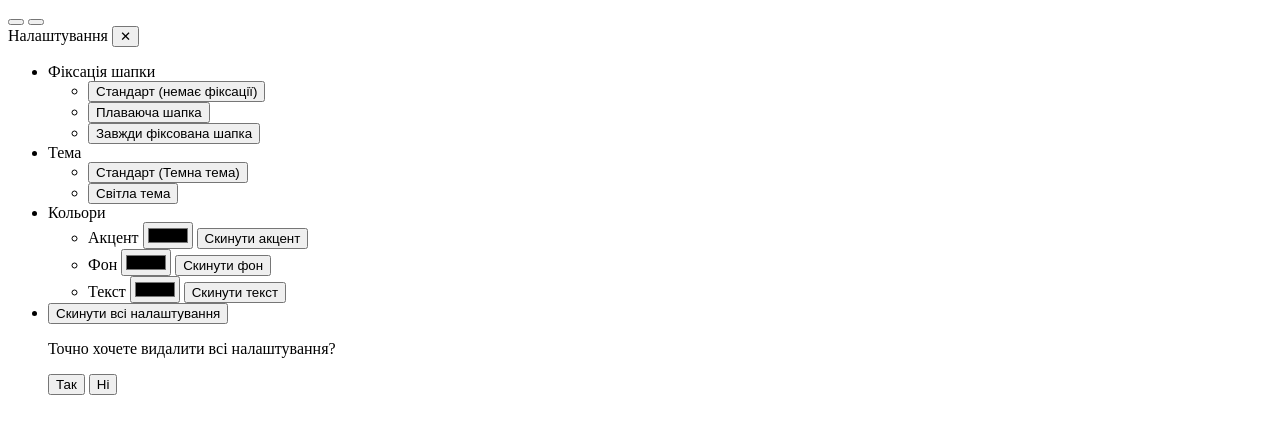
Repository: BogdanLazebnika/bogdanelo
Page: components/options.html
The author's editor kept a copy of each file at every save. The page is drawn from the files as they stood at one save, then again after the next save.
The browser window is 1280 px wide. The pictures show the whole page.

Above is the page before, as saved 2025-08-05 15:13:20.

### components/options.html
<div class="button-open-options-container">
  <div class="button-open-options-container-content">


    <div class="button-options-container">

        <div class="vertical-line-options"></div>


        <button class="button-open-options-button">
            <div id="button-open-options-button-icon"></div>
        </button>

        <button class="button-hide-button-options-icon">
            <div id="button-hide-button-options-icon"></div>
        </button>
    </div>

    <div id="draggable-options" class="button-open-options-list hidden">
        <div class="settings-panel-header">
            <span>Налаштування</span>
            <button onclick="closeSettingsPanel()">✕</button>
        </div>
      <ul class="button-open-options-list-list-one-level">

        <!-- FixedHeader -->
        <li class="button-open-options-list-item">
          <span>Фіксація шапки</span>
          <ul class="button-open-options-list-list-two-level">
            <li><button onclick="updateUserSetting('fixedHeader', undefined)">Стандарт (немає фіксації)</button></li>
            <li><button onclick="updateUserSetting('fixedHeader', true)">Плаваюча шапка</button></li>
            <li><button onclick="updateUserSetting('fixedHeader', 'always')">Завжди фіксована шапка</button></li>
          </ul>
        </li>

        <!-- Theme -->
        <li class="button-open-options-list-item">
          <span>Тема</span>
          <ul class="button-open-options-list-list-two-level">
            <li><button onclick="updateUserSetting('theme', undefined)">Стандарт (Темна тема)</button></li>
            <li><button onclick="updateUserSetting('theme', 'light')">Світла тема</button></li>
          </ul>
        </li>

        <!-- Accent Color -->
        <li class="button-open-options-list-item">
          <span>Кольори</span>
          <ul>
  <li>
    <span>Акцент</span>
    <input type="color" id="accentColorPicker">
    <button id="accentColorResetBtn">Скинути акцент</button>
  </li>
  <li>
    <span>Фон</span>
    <input type="color" id="backgroundColorPicker">
    <button id="backgroundColorResetBtn">Скинути фон</button>
  </li>
  <li>
    <span>Текст</span>
    <input type="color" id="textColorPicker">
    <button id="textColorResetBtn">Скинути текст</button>
  </li>
</ul>


        </li>
        <li class="button-open-options-list-item">
          <button id="resetAllSettingsBtn">Скинути всі налаштування</button>

          <!-- Модалка підтвердження -->
          <div id="confirmResetModal" class="modal-clear-options hidden">
            <div class="modal-content-clear-options">
              <p>Точно хочете видалити всі налаштування?</p>
              <div class="modal-buttons-clear-options">
                <button id="confirmResetYes">Так</button>
                <button id="confirmResetNo">Ні</button>
              </div>
            </div>
          </div>
        </li>
      </ul>
    </div>
  </div>
</div>

After the next save:
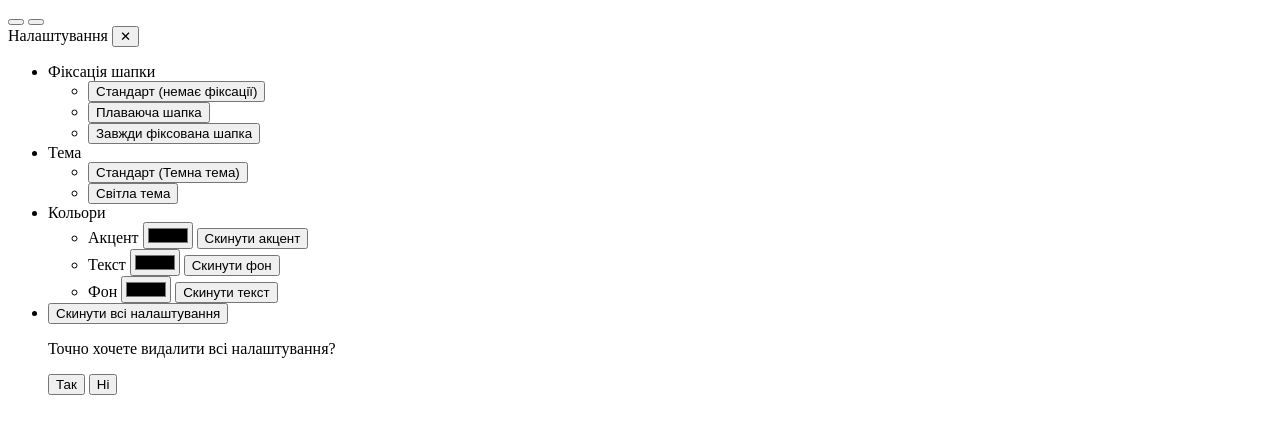
Saved 37 s later.
--- a/components/options.html
+++ b/components/options.html
@@ -45,24 +45,23 @@
         <!-- Accent Color -->
         <li class="button-open-options-list-item">
           <span>Кольори</span>
-          <ul>
-  <li>
-    <span>Акцент</span>
-    <input type="color" id="accentColorPicker">
-    <button id="accentColorResetBtn">Скинути акцент</button>
-  </li>
-  <li>
-    <span>Фон</span>
-    <input type="color" id="backgroundColorPicker">
-    <button id="backgroundColorResetBtn">Скинути фон</button>
-  </li>
-  <li>
-    <span>Текст</span>
-    <input type="color" id="textColorPicker">
-    <button id="textColorResetBtn">Скинути текст</button>
-  </li>
-</ul>
-
+          <ul class="button-open-options-list-list-two-level">
+            <li>
+              <span>Акцент</span>
+              <input type="color" id="accentColorPicker">
+              <button id="accentColorResetBtn">Скинути акцент</button>
+            </li>
+            <li>
+              <span>Текст</span>
+              <input type="color" id="backgroundColorPicker">
+              <button id="backgroundColorResetBtn">Скинути фон</button>
+            </li>
+            <li>
+              <span>Фон</span>
+              <input type="color" id="textColorPicker">
+              <button id="textColorResetBtn">Скинути текст</button>
+            </li>
+          </ul>
 
         </li>
         <li class="button-open-options-list-item">
